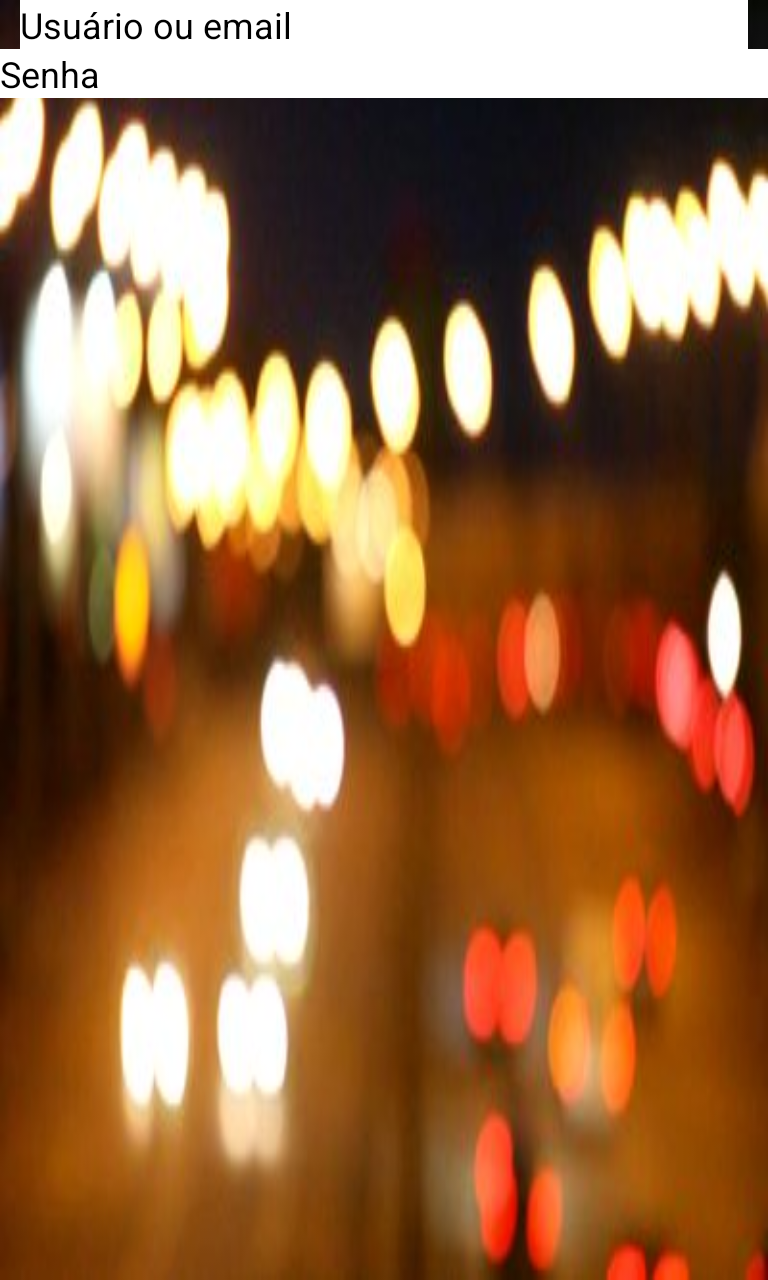
Repository: wellingtondessuy/AppLearning
Layout: HappyApp/res/layout/activity_login.xml
These files come from the project's save history. The layout is drawn as it stood at one moment and after the next save; the edit follows.
It is drawn on a 768 x 1280 px phone screen (xhdpi) without system bars, with theme AppTheme; the app's code is not run. The app's manifest (not shown) leaves right-to-left support off. So textAlignment, textDirection and layoutDirection are ignored, and left and right values win over start and end ones.

Above is the layout before, as saved 2015-05-22 19:12:01.

After the next save:
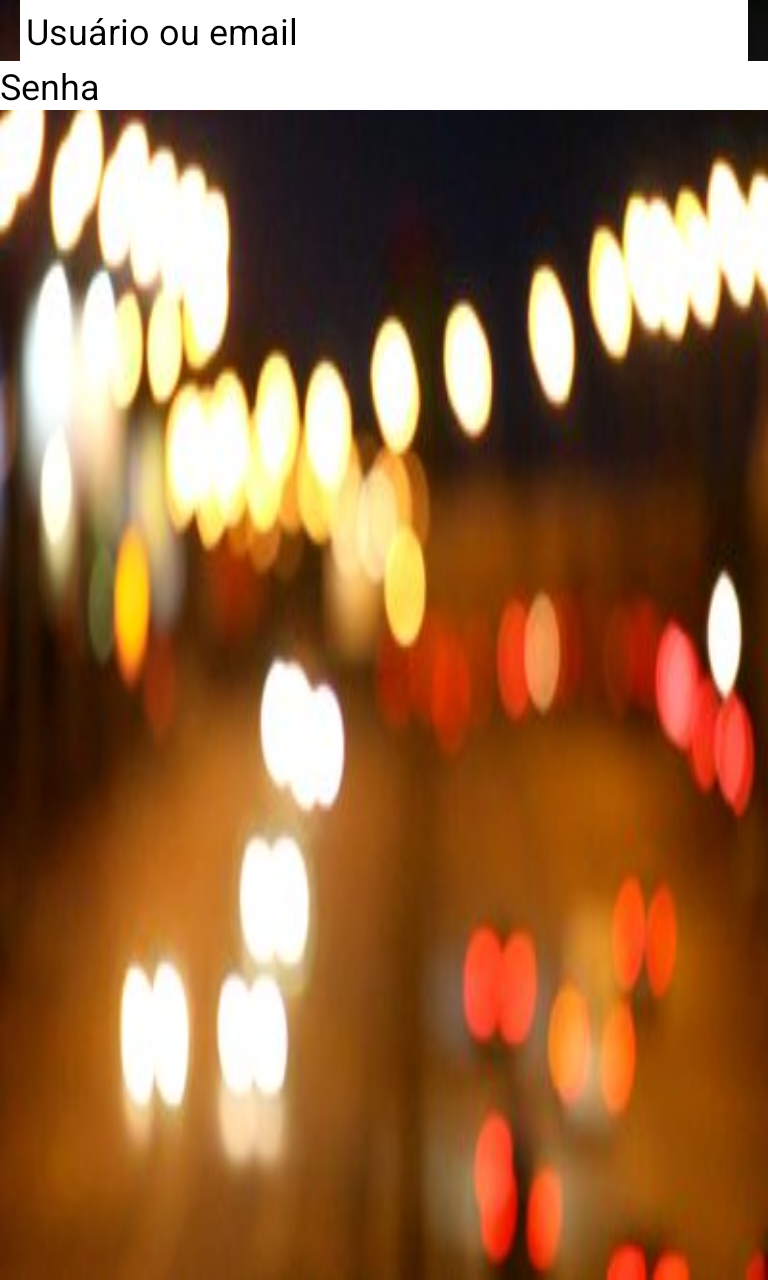
Saved 68 s later.
--- a/HappyApp/res/layout/activity_login.xml
+++ b/HappyApp/res/layout/activity_login.xml
@@ -16,6 +16,7 @@
         android:layout_marginLeft="10dp"
         android:layout_marginStart="10dp"
         android:layout_marginRight="10dp"
+        android:padding="3dp"
         />
 
     <EditText
